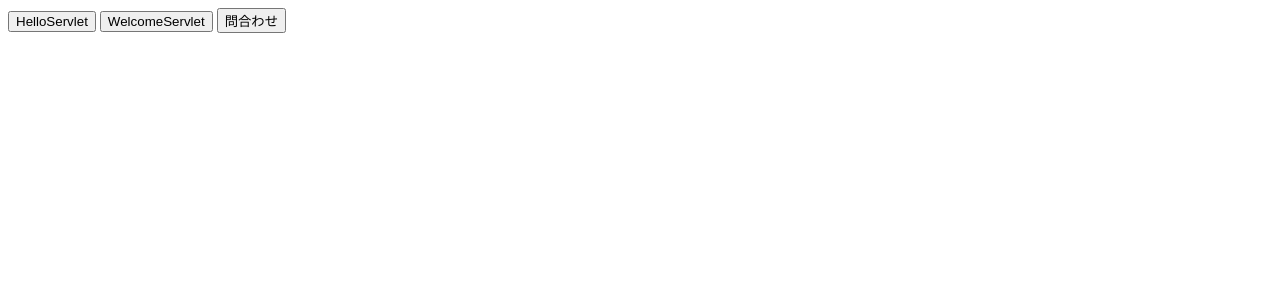
Repository: user10112018/test
Page: http://localhost/HelloServlet/
The author's editor kept a copy of each file at every save. The page is drawn from the files as they stood at one save, then again after the next save.
The browser window is 1280 px wide. The pictures show the whole page.
The page is served by Tomcat 9. Other server files are loaded and not shown.

Above is the page before, as saved 2018-10-16 02:00:39.

### HelloServlet/WebContent/index.jsp
<%@ page language="java" contentType="text/html; charset=UTF-8"
    pageEncoding="UTF-8"%>
<!DOCTYPE html>
<html>
<head>
<meta charset="UTF-8">
<title>HelloServlet</title>
</head>


<body>

<input type="button" value="HelloServlet" onClick="location.href='HelloServlet'">

<!-- P.6~ -->
<input type="button" value="WelcomeServlet" onClick="location.href='welcome.jsp'">

<!-- P.10~ -->
<input type="button" value="問合わせ" onClick="location.href='inquiry.jsp'">




</body>
</html>

After the next save:
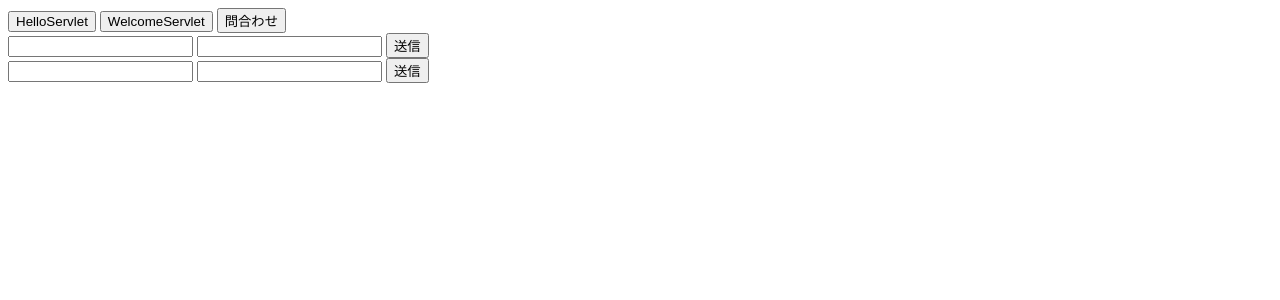
Saved 4 min 42 s later.
--- a/HelloServlet/WebContent/index.jsp
+++ b/HelloServlet/WebContent/index.jsp
@@ -18,7 +18,20 @@
 <!-- P.10~ -->
 <input type="button" value="問合わせ" onClick="location.href='inquiry.jsp'">
 
+<!-- P.14~ -->
+<!-- GET通信~ -->
+<form method="get" action="TestServlet">
+<input type="text" name="username">
+<input type="password" name="password">
+<input type="submit" value="送信">
+</form>
 
+<!-- POST通信 -->
+<form method="post" action="TestServlet">
+<input type="text" name="username">
+<input type="password" name="password">
+<input type="submit" value="送信">
+</form>
 
 
 </body>
